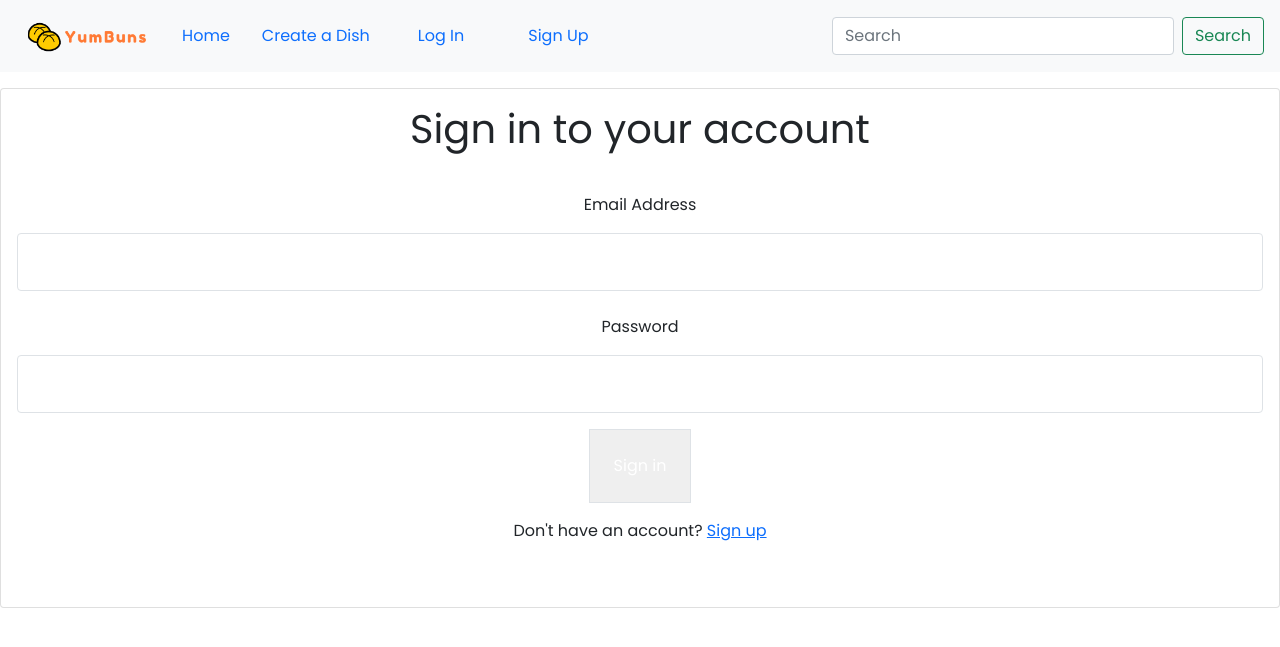
Repository: mottad14/yumBuns
Page: /login (app in client/)
These files come from the project's save history. The page is drawn as it stood at one moment and after a run of saves; the edit follows.
The browser window is 1280 px wide. The pictures show the whole page.
Some web fonts or font styles are not loaded; a fallback is used. The project was rebuilt for these pictures with package versions that can differ from the ones it lists, and the page was loaded fresh each time. Also part of the build but not shown: client/src/components/RecipePreview.js, client/src/views/Main.js, client/src/views/Create.js, client/src/views/Recipe.js, client/src/components/SubscribePop.css, client/src/components/SignUp.jsx, client/src/components/SubscribePop.js.

Above is the page before, as saved 2022-07-29 11:13:40.

After the next 2 saves:
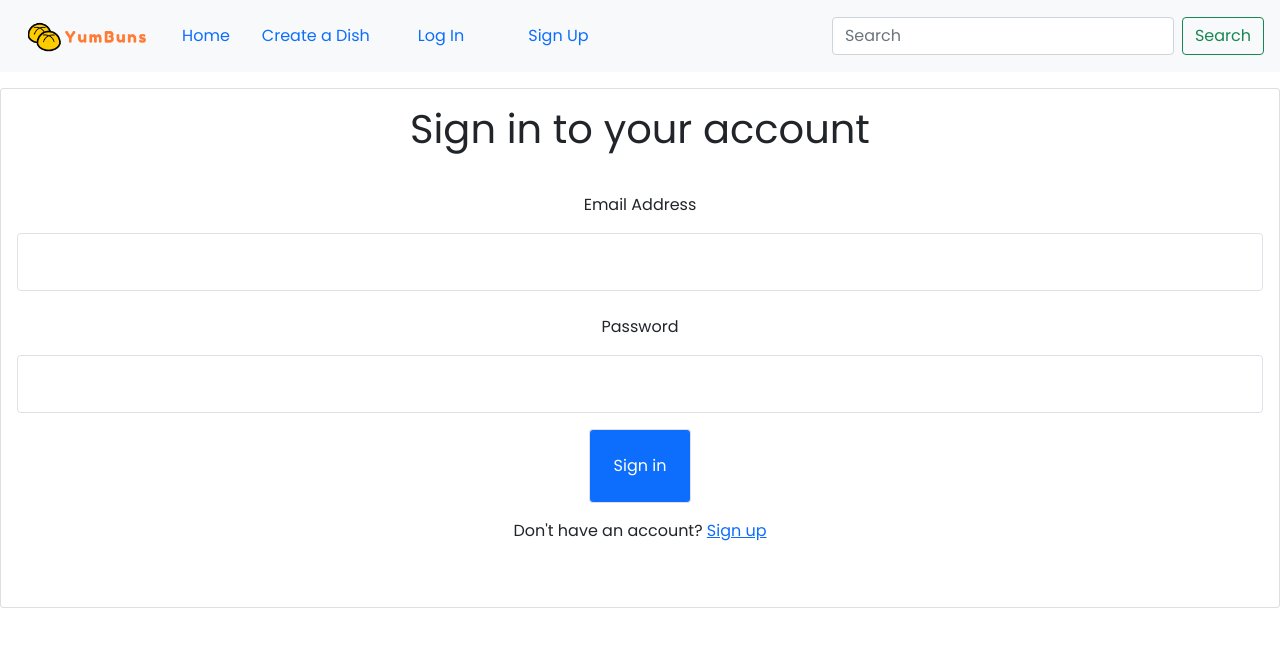
The 2 saves are shown as one change because 1 did not build or start.
The last was saved 82 s later.
--- a/client/src/views/Login.js
+++ b/client/src/views/Login.js
@@ -40,7 +40,7 @@ const Signin = () => {
                 <Form.Label className='py-2 font-medium' htmlFor=""> Password</Form.Label>
                 <Form.Control onChange={(e)=> setPassword(e.target.value)} className='border p-3' type="password"/>
               </Form.Group>
-              <button className='border border-blue-500 bg-blue-600 hover:bg-blue-500 w-full p-4 my-2 text-white'>Sign in</button>
+              <Button className='border border-blue-500 bg-blue-600 hover:bg-blue-500 w-full p-4 my-2 text-white'>Sign in</Button>
           </Form>
               <p className='py-2'>
                 Don't have an account? <Link to="/signup" className='underline'> Sign up </Link>
